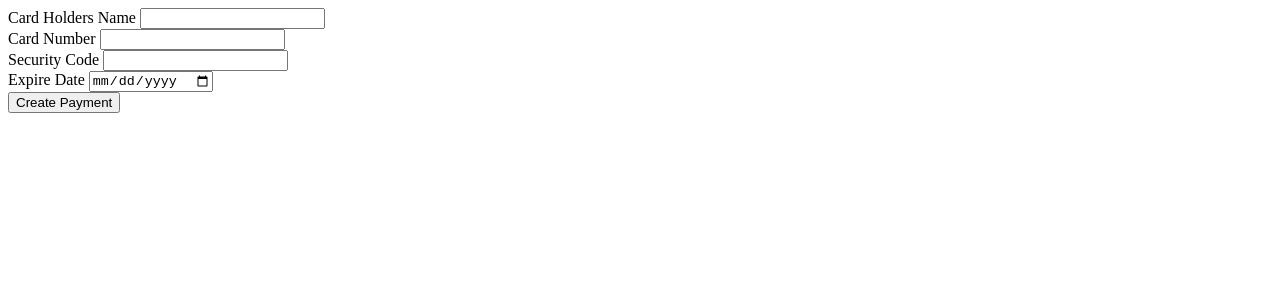
Repository: sandeepa9803/OOP---Online-Travel-web-application
Page: http://localhost/PaymentNew/PaymentInsert.jsp
These files come from the project's save history. The page is drawn as it stood at one moment and after the next save; the edit follows.
The browser window is 1280 px wide. The pictures show the whole page.
The page is served by Tomcat 9.

Above is the page before, as saved 2021-10-11 10:25:35.

After the next save:
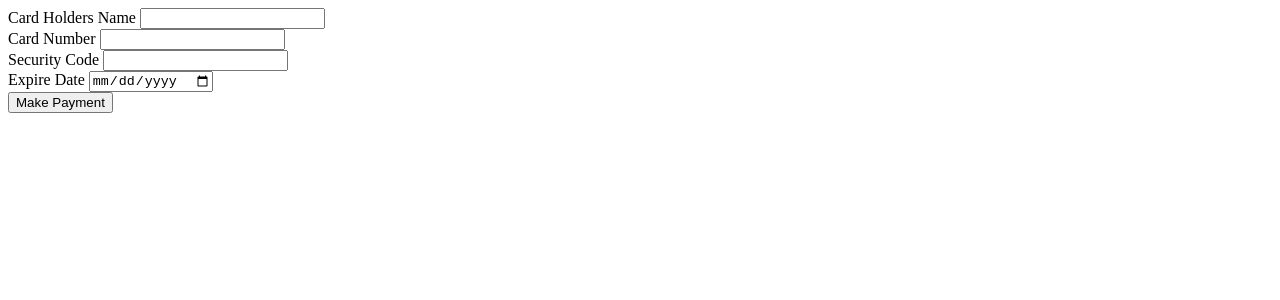
Saved 15 min 49 s later.
--- a/PaymentNew/WebContent/PaymentInsert.jsp
+++ b/PaymentNew/WebContent/PaymentInsert.jsp
@@ -15,7 +15,7 @@
          Security Code <input type ="number" name = "cvcnum"> <br>
          Expire Date <input type = "date"  name = "date">  <br>
 
-         <input type ="submit"  name="submit"  value ="Create Payment" >
+         <input type ="submit"  name="submit"  value ="Make Payment" >
 
 
 
